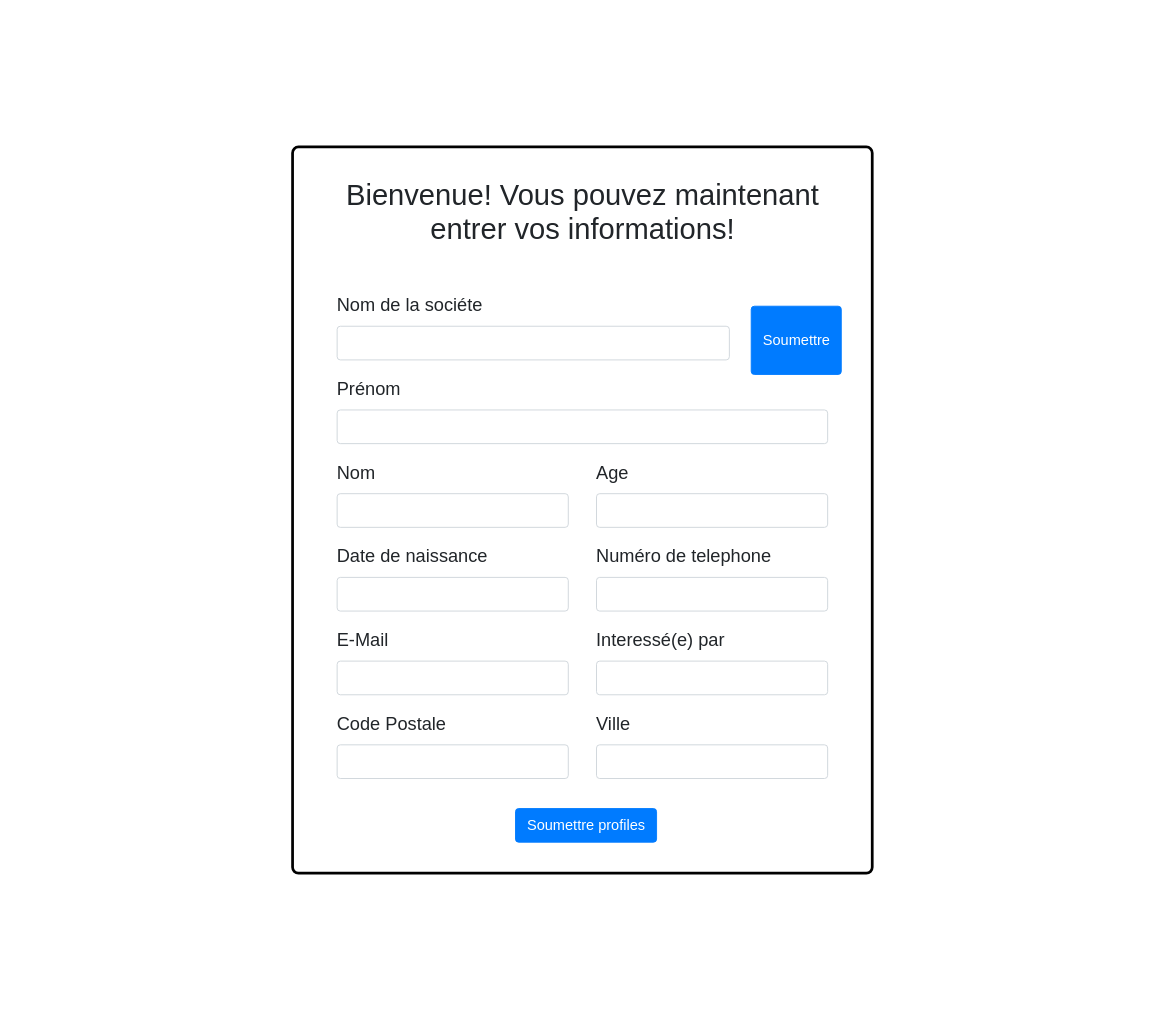
Repository: Aminox84/frontend-main
Page: /
The author's editor kept a copy of each file at every save. The page is drawn from the files as they stood at one save, then again after the next save.
The browser window is 1280 px wide. The pictures show the whole page, at 91% of full size.
The page's requests for data from a server got no answer. The project was rebuilt for these pictures with package versions that can differ from the ones it lists, and the page was loaded fresh each time. No one was signed in, and anything a server would have sent is missing.

Above is the page before, as saved 2022-12-30 22:16:30.

### public/index.html
<!DOCTYPE html>
<html lang="en">
  <head>
    <meta charset="utf-8" />
    <link rel="icon" href="%PUBLIC_URL%/favicon.ico" />
    <meta name="viewport" content="width=device-width, initial-scale=1" />
    <meta name="theme-color" content="#000000" />
    <meta
      name="description"
      content="Web site created using create-react-app"
    />
    <link rel="apple-touch-icon" href="%PUBLIC_URL%/logo192.png" />

    <link rel="manifest" href="%PUBLIC_URL%/manifest.json" />
    <link rel="stylesheet" href="https://cdn.jsdelivr.net/npm/bootstrap@4.4.1/dist/css/bootstrap.min.css" integrity="sha384-Vkoo8x4CGsO3+Hhxv8T/Q5PaXtkKtu6ug5TOeNV6gBiFeWPGFN9MuhOf23Q9Ifjh" crossorigin="anonymous">

    <title>React App</title>
  </head>
  <body>
    <noscript>You need to enable JavaScript to run this app.</noscript>
    <div id="root"></div>
    <script src="https://code.jquery.com/jquery-3.4.1.slim.min.js" integrity="sha384-J6qa4849blE2+poT4WnyKhv5vZF5SrPo0iEjwBvKU7imGFAV0wwj1yYfoRSJoZ+n" crossorigin="anonymous"></script>
    <script src="https://cdn.jsdelivr.net/npm/popper.js@1.16.0/dist/umd/popper.min.js" integrity="sha384-Q6E9RHvbIyZFJoft+2mJbHaEWldlvI9IOYy5n3zV9zzTtmI3UksdQRVvoxMfooAo" crossorigin="anonymous"></script>
    <script src="https://cdn.jsdelivr.net/npm/bootstrap@4.4.1/dist/js/bootstrap.min.js" integrity="sha384-wfSDF2E50Y2D1uUdj0O3uMBJnjuUD4Ih7YwaYd1iqfktj0Uod8GCExl3Og8ifwB6" crossorigin="anonymous"></script>
  </body>
</html>

### src/App.tsx
import React from 'react';
import UserForm  from './userForm';


function App() {



  return (
    <div style={{position:"relative",background:"white",border:"0.2rem solid  black",padding:"2rem",margin:" 10rem auto",borderRadius:".5rem",fontFamily:"Arial",width:"50%",}}>
      <form>
       <UserForm />
      </form>
    </div>
  );
}

export default App;

### src/userForm.tsx
import React, { useState, useEffect } from 'react'
import axios from 'axios'
import { convertTypeAcquisitionFromJson } from 'typescript'

const UserForm = () => {
  // const [data, setData] = useState([] as any[]);

  useEffect(() => {
    axios
      .get('http://localhost:3000/users')
      .then((res) => {
        console.log(res.data)
        // setData(res.data)
      })
      .catch((err) => console.log(err));

  }, [])

  const [addFormData, setAddFormData] = useState({
    "username": '',
    "profile": {
      "firstname": '',
      "lastname": '',
      "age": 0,
      "dob": '',
      "interest": '',
      "phoneNumber": '',
      "email": '',
      "zipCode": '',
      "state": '',
    },
  })

  const handleFormChange = (event) => {

    event.preventDefault()

    const fieldName = event.target.getAttribute('name')
    const fieldValue = event.target.value

    const newFormData = { ...addFormData }

    if (fieldName === "firstname") newFormData.profile.firstname = fieldValue
    if (fieldName === "lastname") newFormData.profile.lastname = fieldValue
    if (fieldName === "email") newFormData.profile.email = fieldValue
    if (fieldName === "age") newFormData.profile.age = fieldValue
    if (fieldName === "dob") newFormData.profile.dob = fieldValue
    if (fieldName === "interest") newFormData.profile.interest = fieldValue
    if (fieldName === "phoneNumber") newFormData.profile.phoneNumber = fieldValue
    if (fieldName === "zipCode") newFormData.profile.zipCode = fieldValue
    if (fieldName === "state") newFormData.profile.state = fieldValue
    if (fieldName === "username") newFormData.username = fieldValue

    setAddFormData(newFormData)
    console.log(addFormData)

  }

  const [id, setId] = useState(0);

  const handleSubmitPartOne = async () => {

    await axios.post(`http://localhost:3000/users/${id}/profiles`, {
      "firstname": addFormData.profile.firstname,
      "lastname": addFormData.profile.lastname,
      "age": addFormData.profile.age,
      "dob": addFormData.profile.dob,
      "interest": addFormData.profile.interest,
      "phoneNumber": addFormData.profile.phoneNumber,
      "email": addFormData.profile.email,
      "zipCode": addFormData.profile.zipCode,
      "state": addFormData.profile.state,
    })


  }

  const [visible1, setVisible1] = useState(true);
  const [visible2, setVisible2] = useState(false);


  const handleSubmitButton = async (event) => {
    event.preventDefault()

    await axios.post(`http://localhost:3000/users`, {
      "username": addFormData.username,
    }).then(function (response) {
      setId(response.data.id)
      console.log(response)
      console.log(id)
    })

  }

  const labelFontSize = { fontSize: '20px' }

  return (
    <>
      <h2 style={{ textAlign: 'center' }}>
        Bienvenue! Vous pouvez maintenant entrer vos informations!
      </h2>


      <div className="container mt-5">





          {visible1 ?
          (<div className='company'>
            <div className="row">
              <div className="col">
                <div className="form-group">
                  <label style={labelFontSize} htmlFor="exampleInputPassword1">
                    Nom de la sociéte
                  </label>
                  <input
                    onChange={handleFormChange}
                    name="username"
                    type="text"
                    className="form-control"
                    id="exampleInputPassword1"
                  />
                </div>
              </div>
              <div className="d-flex justify-content-center mt-3">
                <button
                  onClick={handleSubmitButton}
                  type="button"
                  className="btn btn-primary ml-2"
                >
                  Soumettre
                </button>
              </div>
            </div>
          </div>): null}





          {<div className='profiles'>
            <div className="row">
          <div className="col">
            <div className="form-group">
              <label style={labelFontSize} htmlFor="exampleInputPassword1">
                Prénom
              </label>
              <input
                onChange={handleFormChange}
                name="firstname"
                type="text"
                className="form-control"
                id="exampleInputPassword1"
              />
            </div>
          </div>
        </div>
        <div className="row">
          <div className="col">
            <div className="form-group">
              <label style={labelFontSize} htmlFor="exampleInputPassword1">
                Nom
              </label>
              <input
                onChange={handleFormChange}
                name="lastname"
                type="text"
                className="form-control"
                id="exampleInputPassword1"
              />
            </div>
          </div>
          <div className="col">
            <div className="form-group">
              <label style={labelFontSize} htmlFor="exampleInputPassword1">
                Age
              </label>
              <input
                onChange={handleFormChange}
                name="age"
                type="text"
                className="form-control"
                id="exampleInputPassword1"
              />
            </div>
          </div>
        </div>
        <div className="row">
          <div className="col">
            <div className="form-group">
              <label style={labelFontSize} htmlFor="exampleInputPassword1">
                Date de naissance
              </label>
              <input
                onChange={handleFormChange}
                name="dob"
                type="text"
                className="form-control"
                id="exampleInputPassword1"
              />
            </div>
          </div>
          <div className="col">
            <div className="form-group">
              <label style={labelFontSize} htmlFor="exampleInputPassword1">
                Numéro de telephone
              </label>
              <input
                onChange={handleFormChange}
                name="phoneNumber"
                type="text"
                className="form-control"
                id="exampleInputPassword1"
              />
            </div>
          </div>
        </div>
        <div className="row">
          <div className="col">
            <div className="form-group">
              <label style={labelFontSize} htmlFor="exampleInputPassword1">
                E-Mail
              </label>

              <input
                name="email"
                onChange={handleFormChange}
                type="text"
                className="form-control"
                id="exampleInputPassword1"
              />
            </div>
          </div>
          <div className="col">
            <div className="form-group">
              <label style={labelFontSize} htmlFor="exampleInputPassword1">
                Interessé(e) par
              </label>
              <input
                onChange={handleFormChange}
                name="interest"
                type="text"
                className="form-control"
                id="exampleInputPassword1"
              />
            </div>
          </div>
        </div>
        <div className="row">
          <div className="col">
            <div className="form-group">
              <label style={labelFontSize} htmlFor="exampleInputPassword1">
                Code Postale
              </label>

              <input
                name="zipCode"
                onChange={handleFormChange}
                type="text"
                className="form-control"
                id="exampleInputPassword1"
              />
            </div>
          </div>
          <div className="col">
            <div className="form-group">
              <label style={labelFontSize} htmlFor="exampleInputPassword1">
                Ville
              </label>
              <input
                onChange={handleFormChange}
                name="state"
                type="text"
                className="form-control"
                id="exampleInputPassword1"
              />
            </div>
          </div>
        </div>
        <div className="d-flex justify-content-center mt-3">
          <button
            onClick={handleSubmitPartOne}
            type="button"
            className="btn btn-primary ml-2"
          >
            Soumettre profiles
          </button>
        </div>
        </div>}
      </div>
    </>
  )
}
export default UserForm

Loaded but not shown: src/index.tsx (common file)

After the next save:
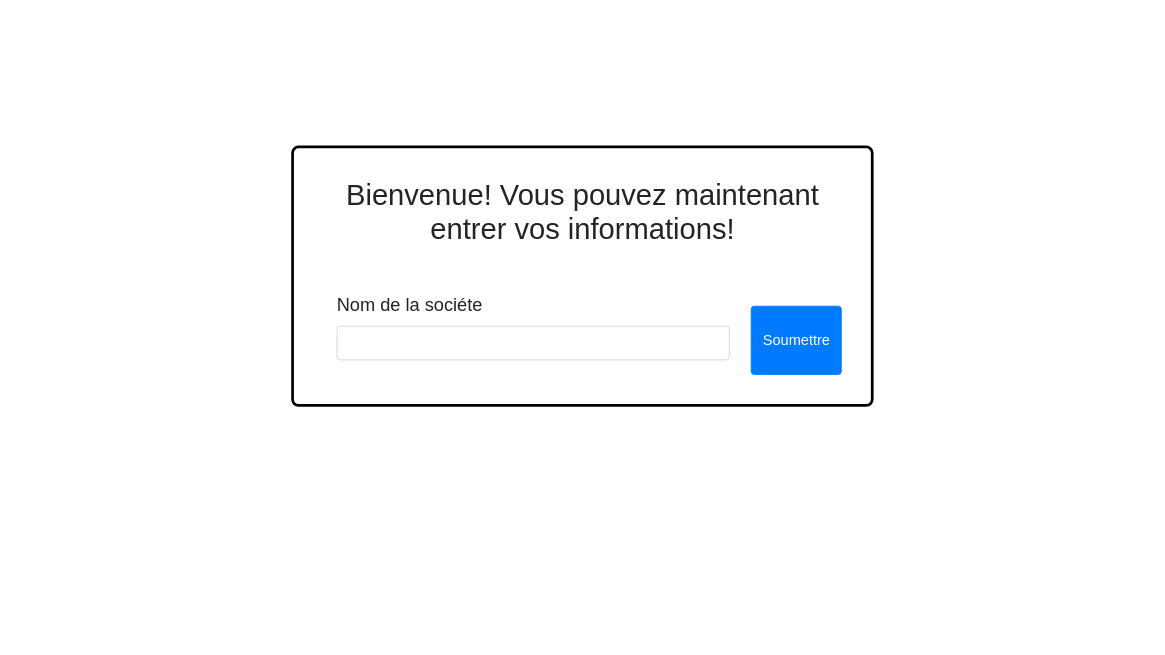
Saved 17 s later.
--- a/src/userForm.tsx
+++ b/src/userForm.tsx
@@ -140,7 +140,7 @@ const UserForm = () => {
 
 
 
-          {<div className='profiles'>
+          {visible2 ? <div className='profiles'>
             <div className="row">
           <div className="col">
             <div className="form-group">
@@ -288,7 +288,7 @@ const UserForm = () => {
             Soumettre profiles
           </button>
         </div>
-        </div>}
+        </div> : null}
       </div>
     </>
   )
